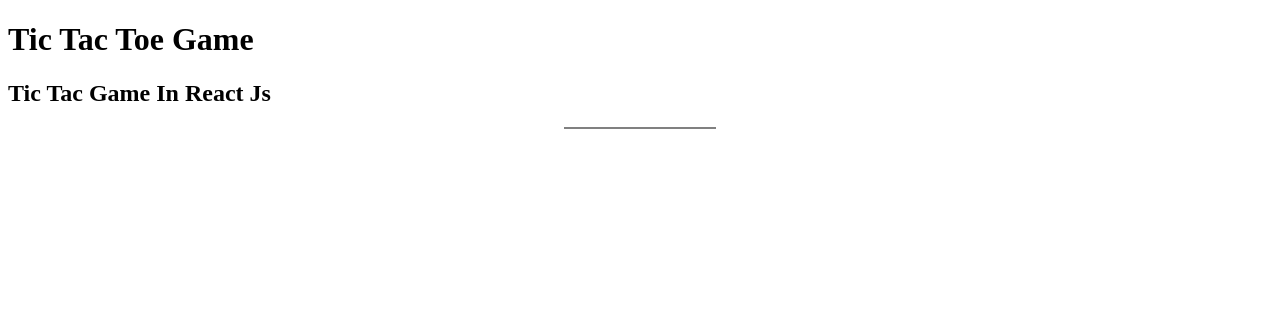
Repository: Wahid137/tic-tac-toe-game
Page: /
The author's editor kept a copy of each file at every save. The page is drawn from the files as they stood at one save, then again after the next save.
The browser window is 1280 px wide. The pictures show the whole page.
The project was rebuilt for these pictures with package versions that can differ from the ones it lists, and the page was loaded fresh each time. Also part of the build but not shown: vite.config.js, src/index.css.

Above is the page before, as saved 2023-09-18 01:07:10.

### src/App.jsx
import "./App.css";
import TicTacToeGame from "./Game/TicTacToeGame";

function App() {
  return (
    <>
      <h1>Tic Tac Toe Game</h1>
      <TicTacToeGame />
    </>
  );
}

export default App;

### src/App.css
.board{
  margin:0 auto;
  width: 150px;
  border:solid 1px gray;

}
.board button{
  display: inline-block;
  vertical-align: top;
  width: 50px;
  height: 50px;
  list-style: 50px;
  font-size: 30px;
  font-weight: bold;
  cursor: pointer;
}

### src/Game/TicTacToeGame.jsx
import { useState } from "react";
import "../App.css";

const TicTacToeGame = () => {
  const [board, setBoard] = useState(Array(9).fill(null));
  return (
    <>
      <h2>Tic Tac Game In React Js</h2>
      <div className="board">
        {board.map((item, index) => {
          return;
        })}
      </div>
    </>
  );
};

export default TicTacToeGame;

### src/Game/square.jsx
const Square = ({ value, clickBtn, index }) => {
  return (
    <>
      <button onClick={() => clickBtn(index)}>{value}</button>
    </>
  );
};

export default Square;

Loaded but not shown: index.html (common file); src/main.jsx (common file)

After the next save:
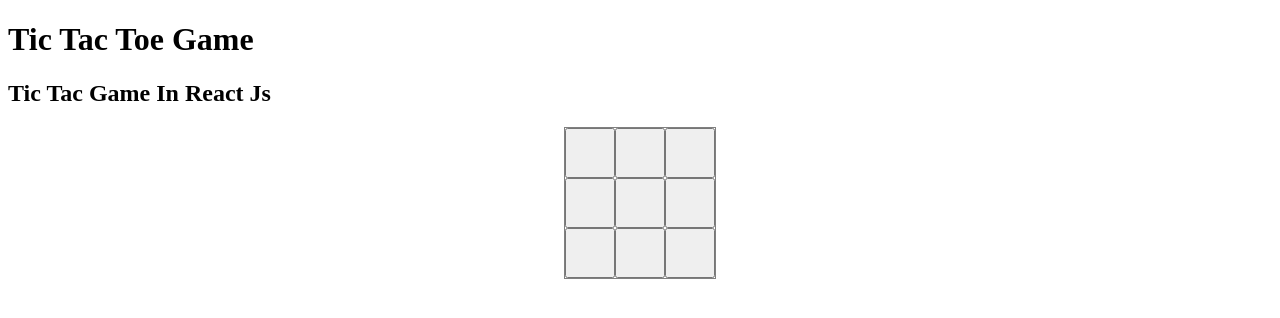
Saved 18 s later.
--- a/src/Game/TicTacToeGame.jsx
+++ b/src/Game/TicTacToeGame.jsx
@@ -1,5 +1,6 @@
 import { useState } from "react";
 import "../App.css";
+import Square from "./square";
 
 const TicTacToeGame = () => {
   const [board, setBoard] = useState(Array(9).fill(null));
@@ -8,7 +9,7 @@ const TicTacToeGame = () => {
       <h2>Tic Tac Game In React Js</h2>
       <div className="board">
         {board.map((item, index) => {
-          return;
+          return <Square />;
         })}
       </div>
     </>
